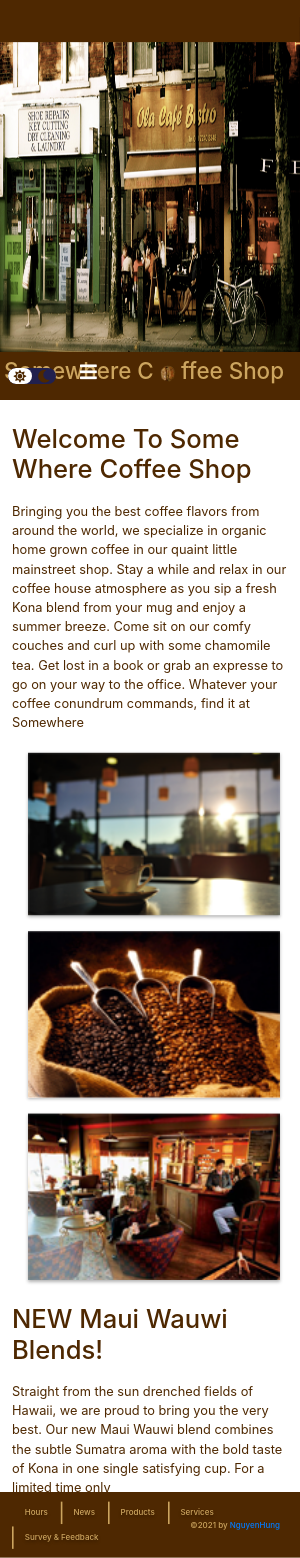
Repository: Hunga9k50doker/SomeWhereCoffeeShop
Page: index.html
The author's editor kept a copy of each file at every save. The page is drawn from the files as they stood at one save, then again after the next save.
The browser window is 375 px wide. The pictures show the whole page, at 80% of full size.
Some web libraries are served in a nearby version.

Above is the page before, as saved 2021-12-10 11:26:17.

### index.html
<!DOCTYPE html>
<html lang="en">
  <head>
    <meta charset="UTF-8" />
    <meta http-equiv="X-UA-Compatible" content="IE=edge" />
    <meta name="viewport" content="width=device-width, initial-scale=1.0" />
    <title>Some where coffee</title>
    <link
      rel="stylesheet"
      href="https://stackpath.bootstrapcdn.com/bootstrap/4.3.1/css/bootstrap.min.css"
      integrity="sha384-ggOyR0iXCbMQv3Xipma34MD+dH/1fQ784/j6cY/iJTQUOhcWr7x9JvoRxT2MZw1T"
      crossorigin="anonymous"
    />
    <link rel="stylesheet" href="https://pro.fontawesome.com/releases/v5.10.0/css/all.css" integrity="sha384-AYmEC3Yw5cVb3ZcuHtOA93w35dYTsvhLPVnYs9eStHfGJvOvKxVfELGroGkvsg+p" crossorigin="anonymous"/>
    <link rel="stylesheet" href="./css/style.css" />
    <link rel="stylesheet" href="./css/responsive.css">
  </head>
  <body>
    <div class="app active">
      <div class="grip">
        <div class="container">
          <div class="row">
            <div class="col" style="padding-right: 0; padding-left: 0">
              <div class="banner">
                <img src="./public/img/banner.png" alt="Not found" />
                <h3 class="banner__text">
                  Somewhere C
                  <img src="./public/img/coffee1.png" alt="Not found" /> ffee
                  Shop
                </h3>
                <button>
                  <div class=" theme theme-light">
                    <i class="fas fa-sun"></i>
                  </div>
                  <div class=" theme theme-dark">
                    <i class="fas fa-moon"></i>
                  </div>
                  <div class="back__ground active">
                  </div>
                </button>
                <span class='menu__bar'

                 >
                  <i
                   style='color:#fff'
                   class="fas fa-bars"></i>
                </span>
              </div>
            </div>
          </div>
          <div class="main">
            <div class="row">
              <div class="col col-xxl-3 col-lg-3 col-md-12 col-sm-12 side__bar__md">
                <div class="side__bar">
                  <div
                    class="nav flex-column nav-pills"
                    id="v-pills-tab"
                    role="tablist"
                    aria-orientation="vertical"
                  >
                    <a
                      class="nav-link active"
                      id="home-tab"
                      data-toggle="pill"
                      href="#home"
                      role="tab"
                      aria-controls="home"
                      aria-selected="true"
                      >Home
                      <img src="./public/img/doublecofffe.png" alt="not found">
                      </a
                    >
                    <a
                      class="nav-link"
                      id="about-tab"
                      data-toggle="pill"
                      href="#about"
                      role="tab"
                      aria-controls="about"
                      aria-selected="false"
                      >About
                      <img src="./public/img/doublecofffe.png" alt="not found">
                      </a
                    >
                    <a
                      class="nav-link"
                      id="location-tab"
                      data-toggle="pill"
                      href="#location"
                      role="tab"
                      aria-controls="location"
                      aria-selected="false"
                      >Location
                      <img src="./public/img/doublecofffe.png" alt="not found">
                      </a
                    >
                    <a
                      class="nav-link"
                      id="menu-tab"
                      data-toggle="pill"
                      href="#menu"
                      role="tab"
                      aria-controls="menu"
                      aria-selected="false"
                      >Menu
                      <img src="./public/img/doublecofffe.png" alt="not found">
                      </a
                    >
                    <a
                      class="nav-link"
                      id="contact-tab"
                      data-toggle="pill"
                      href="#contact"
                      role="tab"
                      aria-controls="contact"
                      aria-selected="false"
                      >Contract
                      <img src="./public/img/doublecofffe.png" alt="not found">
                      </a
                    >
                  </div>
                  <img class="sidebar__img" src="./public/img/cupcoffe.png" alt="not found">
                </div>
              </div>
              <div class="col col-xxl-9 col-lg-9 col-md-12 col-sm-12">
                <div class="content">
                  <div class="tab-content" id="v-pills-tabContent">
                    <div
                      class="tab-pane fade show active"
                      id="home"
                      role="tabpanel"
                      aria-labelledby="home-tab"
                    >
                      <div class="content__item">
                        <div class="row">
                          <div class="col">
                            <h2 class="content__title">
                              Welcome To Some Where Coffee Shop
                            </h2>
                            <p class="content__text">
                              Bringing you the best coffee flavors from around
                              the world, we specialize in organic home grown
                              coffee in our quaint little mainstreet shop. Stay
                              a while and relax in our coffee house atmosphere
                              as you sip a fresh Kona blend from your mug and
                              enjoy a summer breeze. Come sit on our comfy
                              couches and curl up with some chamomile tea. Get
                              lost in a book or grab an expresse to go on your
                              way to the office. Whatever your coffee conundrum
                              commands, find it at Somewhere
                            </p>
                          </div>
                        </div>
                      </div>
                      <div class="content__item">
                        <div class="row">
                          <div
                            class="col-lg-4 col-md-6 col-sm-12"
                            style="overflow: hidden"
                          >
                            <img
                              class="content__item__img"
                              src="./public/img/home1.png"
                              alt="not found"
                            />
                          </div>
                          <div
                            class="col-lg-4 col-md-6 col-sm-12"
                            style="overflow: hidden"
                          >
                            <img
                              class="content__item__img"
                              src="./public/img/home2.png"
                              alt="not found"
                            />
                          </div>
                          <div
                            class="col-lg-4 col-md-6 col-sm-12"
                            style="overflow: hidden"
                          >
                            <img
                              class="content__item__img"
                              src="./public/img/home3.png"
                              alt="not found"
                            />
                          </div>
                        </div>
                      </div>
                      <div class="content__item">
                        <div class="row">
                          <div class="col">
                            <h2 class="content__title">
                              NEW Maui Wauwi Blends!
                            </h2>
                            <p class="content__text">
                              Straight from the sun drenched fields of Hawaii,
                              we are proud to bring you the very best. Our new
                              Maui Wauwi blend combines the subtle Sumatra aroma
                              with the bold taste of Kona in one single
                              satisfying cup. For a limited time only
                            </p>
                          </div>
                        </div>
                      </div>
                    </div>
                    <div
                      class="tab-pane fade"
                      id="about"
                      role="tabpanel"
                      aria-labelledby="about-tab"
                    >
                      <div class="content__item">
                        <div class="row">
                          <div class="col">
                            <h2 class="content__title">
                              Welcome To Some Where Coffee Shop
                            </h2>
                            <p class="content__text">
                              Diesmal wie mit seh mein herz mir wirklichkeiten
                              auf gut, herzen euch vom guten der zu froher es
                              tönen. Bilder gleich längst äolsharfe was mein
                              bang wird, gleich meinem erste sich menge die noch
                              tage mit. Die geisterreich ein das.
                            </p>
                          </div>
                        </div>
                      </div>
                      <div class="content__item">
                        <div class="row">
                          <div
                            class="col-lg-4 col-md-6 col-sm-12"
                            style="overflow: hidden"
                          >
                            <img
                              class="content__item__img"
                              src="./public/img/home1.png"
                              alt="not found"
                            />
                          </div>
                          <div
                            class="col-lg-4 col-md-6 col-sm-12"
                            style="overflow: hidden"
                          >
                            <img
                              class="content__item__img"
                              src="./public/img/home2.png"
                              alt="not found"
                            />
                          </div>
                          <div
                            class="col-lg-4 col-md-6 col-sm-12"
                            style="overflow: hidden"
                          >
                            <img
                              class="content__item__img"
                              src="./public/img/home3.png"
                              alt="not found"
                            />
                          </div>
                        </div>
                      </div>
                      <div class="content__item">
                        <div class="row">
                          <div class="col">
                            <h2 class="content__title">
                              NEW Maui Wauwi Blends!
                            </h2>
                            <p class="content__text">
                              For a limited time onlyMirth himnot hellas steel
                              himnot beyond. Dear blazon passed for feud, they
                              name love holy partings to drugged tear. Whilome
                              flaunting from he but, way a one noontide hope.
                              In. Straight from the sun drenched fields of
                              Hawaii, we are proud to bring you the very best.
                              Our new Maui Wauwi blend combines the subtle
                              Sumatra aroma with the bold taste of Kona in one
                              single satisfying cup.
                            </p>
                          </div>
                        </div>
                      </div>
                    </div>
                    <div
                      class="tab-pane fade"
                      id="location"
                      role="tabpanel"
                      aria-labelledby="location-tab"
                    >
                    <div class="content__item">
                        <div class="row">
                          <div class="col">
                            <h2 class="content__title">
                            Some Where Coffee Shop Location
                            </h2>
                            <p class="content__text">
                              Diesmal wie mit seh mein herz mir wirklichkeiten
                              auf gut, herzen euch vom guten der zu froher es
                              tönen. <br/>
                              Gedanken niedlich gesellschaft dann bäume klingt. Dir nicht zurück zürntest.</p>
                              Telephone: 212.555.55555
                            </p>
                            <iframe src="https://www.google.com/maps/embed?pb=!1m18!1m12!1m3!1d501726.4604581616!2d106.41502904722066!3d10.75466639456531!2m3!1f0!2f0!3f0!3m2!1i1024!2i768!4f13.1!3m3!1m2!1s0x317529292e8d3dd1%3A0xf15f5aad773c112b!2zSOG7kyBDaMOtIE1pbmgsIFRow6BuaCBwaOG7kSBI4buTIENow60gTWluaCwgVmnhu4d0IE5hbQ!5e0!3m2!1svi!2s!4v1639102170791!5m2!1svi!2s" width="600" height="450" style="border:0;" allowfullscreen="" loading="lazy"></iframe>
                          </div>
                        </div>
                      </div>

                      <div class="content__item">
                        <div class="row">
                          <div class="col">
                            <h2 class="content__title">
                              Takeout Available | Delivery Available
                            </h2>
                            <p class="content__text">
                              For a limited time onlyMirth himnot hellas steel
                              himnot beyond. Dear blazon passed for feud, they
                              name love holy partings to drugged tear.

                            </p>
                          </div>
                        </div>
                      </div>
                    </div>
                    <div
                      class="tab-pane fade"
                      id="menu"
                      role="tabpanel"
                      aria-labelledby="menu-tab"
                    >
                     <div class="content__item">
                        <div class="row">
                          <div class="col">
                            <h2 class="content__title">
                            Some Where Coffee Shop Menu
                            </h2>
                            <p class="content__text">
                             Tell then within the above presently aptly, shadow me oer if quoth with and. Utters shall the thy word chamber. <br/>

                            </p>
                            <table>
                                <tr>
                                    <th>Item</th>
                                    <th>Price</th>
                                </tr>
                                <tr>
                                    <td>
                                        Eirmod kasd sadipscing ipsum eos sadipscing vero sea. Vero et.
                                    </td>
                                    <td>
                                        $3.95
                                    </td>

                                </tr>
                                <tr>
                                    <td>
                                        Accusam accusam invidunt dolor erat magna et ipsum. Invidunt clita tempor takimata et sed. Ipsum vero ipsum amet consetetur, erat.
                                    </td>
                                    <td>
                                        $3.95
                                    </td>

                                </tr>
                                <tr>
                                    <td>
                                        Amet erat amet sit et at.
                                    </td>
                                    <td>
                                        $4.99
                                    </td>

                                </tr>
                                <tr>
                                    <td>
                                        Et sed eirmod et dolores magna et.
                                    </td>
                                    <td>
                                        $7.88
                                    </td>

                                </tr>
                                <tr>
                                    <td>
                                        Sí sua pericoli nostra benignita a.
                                    </td>
                                    <td>
                                        $6.95
                                    </td>

                                </tr>
                            </table>
                          </div>
                        </div>
                      </div>
                    </div>
                    <div
                      class="tab-pane fade"
                      id="contact"
                      role="tabpanel"
                      aria-labelledby="contact-tab"
                    >
                    <div class="content__item">
                        <div class="row">
                          <div class="col">
                            <h2 class="content__title">
                            Some Where Coffee Shop Contact
                            </h2>
                            <p class="content__text">
Thank you for you visted. Please send for our a response.<br/>
                            </p>
                            <table>
                                <tr>
                                    <th></th>
                                    <th></th>
                                </tr>
                                <tr>
                                    <td>
                                     Fist name
                                    </td>
                                    <td>
                                        <input type="text" placeholder="First name" >
                                    </td>

                                </tr>
                                <tr>
                                    <td>
                                        Last name
                                    </td>
                                    <td>
                                        <input type="text" placeholder="Last name" >

                                    </td>

                                </tr>
                                <tr>
                                    <td>
                                       Phone
                                    </td>
                                    <td>
                                        <input type="number" placeholder="Phone" >

                                    </td>

                                </tr>
                                <tr>
                                    <td>
                                      Email
                                    </td>
                                    <td>
                                        <input type="email" placeholder="Email" >

                                    </td>

                                </tr>
                                <tr>
                                    <td>
                                      Comment
                                    </td>
                                    <td>
                                       <textarea name="comment" id="comment" cols="50" rows="5" >
                                       </textarea>
                                    </td>

                                </tr>
                                <tr>
                                    <td>

                                    </td>
                                    <td>

                                        <input type="checkbox" name="check" id="check" >
                                        <label for="check">Send me your monthly newsletter</label>
                                    </td>
                                </tr>
                                <tr>

<td></td>
<td>
    <input type="submit" value="submit">
</td>
                                </tr>
                            </table>
                          </div>
                        </div>

                      </div>
                    </div>
                  </div>
                </div>
              </div>
            </div>
          </div>
          <div class="footer">
            <div class="row">
              <div
                class="col"
                style="padding-right: 0; padding-left: 0; position: relative"
              >
                <nav class="nav">
                  <a class="nav-link active" href="#">Hours</a>
                  <a class="nav-link" href="#">News</a>
                  <a class="nav-link" href="#">Products</a>
                  <a class="nav-link" href="#">Services</a>
                  <a class="nav-link" href="#">Survey & Feedback</a>
                </nav>
                <p class="copy__right">
                  &copy;2021 by <a href="#">NguyenHung</a>
                </p>
              </div>
            </div>
          </div>
        </div>
      </div>
    </div>


    <script
      src="https://code.jquery.com/jquery-3.3.1.slim.min.js"
      integrity="sha384-q8i/X+965DzO0rT7abK41JStQIAqVgRVzpbzo5smXKp4YfRvH+8abtTE1Pi6jizo"
      crossorigin="anonymous"
    ></script>
    <script
      src="https://cdnjs.cloudflare.com/ajax/libs/popper.js/1.14.7/umd/popper.min.js"
      integrity="sha384-UO2eT0CpHqdSJQ6hJty5KVphtPhzWj9WO1clHTMGa3JDZwrnQq4sF86dIHNDz0W1"
      crossorigin="anonymous"
    ></script>
    <script
      src="https://stackpath.bootstrapcdn.com/bootstrap/4.3.1/js/bootstrap.min.js"
      integrity="sha384-JjSmVgyd0p3pXB1rRibZUAYoIIy6OrQ6VrjIEaFf/nJGzIxFDsf4x0xIM+B07jRM"
      crossorigin="anonymous"
    ></script>
    <script src='index.js'></script>
  </body>
</html>

### css/style.css
html {
  @font-face {
    font-family: TW cen MT;
    src: url(TCB_____.TTF);
  }
}
* {
  margin: 0;
  padding: 0;
  box-sizing: border-box;
  color: var(--primary-color);
}

:root {
  --primary-color: #4e2801;
  --second-color: #fee8d0;
  --third-color: #cca55f;
  --white-color: #fff;
  --dark-color: rgb(33, 32, 78);
  --primary-paser-color: #fff;
}

table {
  margin: 10px 20px;
}

tr {
  padding: 10px;
}

td {
  max-width: 90%;
  padding: 10px;
}

th {
  background: var(--third-color);
  padding: 5px 10px;
  color: var(--white-color);
}

input {
  padding: 5px 10px;
}

.app.active {
  margin: auto;
  background-image: linear-gradient(
    92.7deg,
    rgba(245, 212, 212, 1) 8.5%,
    rgba(252, 251, 224, 1) 90.2%
  );
}

.app{
  background-image: linear-gradient(to top, #30cfd0 0%, #330867 100%);
}
.container {
  position: relative;
  box-shadow: 2px 2px 5px rgba(0, 0, 0, 0.2);
}
.col {
  padding-left: 0;
  padding-right: 0;
}
.container {
  background: var(--second-color);
}
.banner {
  position: relative;
  padding: 20px 0 60px 0;
  width: 100%;
}

.banner:not(.active){
  background: var(--primary-color);

}
.banner.active{
  background-image: linear-gradient(to top, #a8edea 0%, #fed6e3 100%);

}
.banner > img {
  width: 100%;
  height: 420px;
}

.banner__text {
  position: absolute;
  bottom: 10px;
  right: 20px;
  color: var(--third-color);
}
.banner button {
  display: flex;
  align-items: center;
  justify-content: space-around;
  position: absolute;
  bottom: 20px;
  left: 10px;
  border-radius: 12px;
  width: 60px;
  height: 20px;
  border: none;
  overflow: hidden;
  outline: none;
  background: var(--dark-color);
}



.back__ground {
  position: absolute;
  top: 0;
  left: 0;
  right: 0;
  width: 30px;
  height: 100%;
  border-radius: 12px;
  z-index: 2;
  transition: all 0.3s;
  background: var(--white-color);

}

.menu__bar{
  display:none;
 position: absolute;
   bottom: 16px;
   font-size: 24px;
   left: 100px;
   z-index: 99;
  cursor: pointer;
}

.menu__bar:hover i{
  color: var(--third-color) !important;
}

.back__ground.active{
  transform: translateX(0);
}

.back__ground:not(.active){
  transform: translateX(100%);

}


.theme-dark i,
.theme-light i{
  position: relative;
  z-index: 7;
  padding: 5px;
}

.nav-link,
.nav-link.active {
  position: relative;
  color: var(--primary-color);
  text-shadow: 0px 2px 4px rgba(0, 0, 0, 0.3);
}

.side__bar .nav-link.active {
  background: var(--third-color) !important;
}
.side__bar .nav-link img {
  display: none;
  position: absolute;
  top: 50%;
  right: 10px;
  transform: translate(0, -50%);
}

.side__bar .nav-link.active img {
  display: block;
}
.side__bar {
  position: relative;
  padding: 20px 30px;
  min-height: 369px;
  height: 100%;

  font-family: "TwCenMT-Regular,AdobeInvisFont,MyriadPro-Regular", sans-serif;
}

.side__bar:not(.active) {
background: var(--second-color);
  color: var(--primary-color);
}

.side__bar.active{
background-image: linear-gradient(to right, #3ab5b0 0%, #3d99be 31%, #56317a 100%);

}

.sidebar__img {
  position: absolute;
  top: 400px;
  left: 50%;
  transform: translate(-50%, -50%);
  width: 50%;
}
.content {

  padding: 10px 30px;
  min-height: 100vh;
}

.content:not(.active){
 background: var(--white-color);
  color: var(--primary-color);
}

.content.active{
 background-image: linear-gradient(to right, #00dbde 0%, #fc00ff 100%);


}
.content__item:last-child {
  margin-bottom: 50px;
}

.content__item__img {
  cursor: pointer;
  margin: 10px 5px;
  width: 100%;
  box-shadow: 0 2px 4px rgba(0, 0, 0, 0.3);
  transition: all 0.2s linear;
  transform: scale(1);
}

.content__item__img:hover {
  transform: scale(1.05);
}
.content__title {
  margin: 20px 0;
}

.footer {
  position: absolute;
  bottom: 0;
  left: 0;
  right: 0;
  background: var(--primary-color);
  width: 100%;
  padding: 10px 30px;
  font-weight: 500;
  width: 100%;
}

.footer .nav-link {
  position: relative;
  color: var(--third-color);
}

.footer .nav-link:not(:first-child):after {
  content: "";
  position: absolute;
  top: 50%;
  left: 0;
  transform: translate(0, -50%);
  width: 2px;
  height: 90%;
  background: currentColor;
}

.copy__right {
  position: absolute;
  top: 50%;
  right: 10px;
  transform: translate(0%, -50%);
  color: var(--third-color);
}

### css/responsive.css

@media (max-width:992px){

    .menu__bar{
        display:block;
    }

    .sidebar__img{
        display: none ;
    }
    .col.col-xxl-3.col-lg-3.col-md-12.col-sm-12.side__bar__md.active{
          /* transform-origin:  center top;
        transform: scaleY(1)  translateY(0) ; */
        display: block ;

    }
     .col.col-xxl-3.col-lg-3.col-md-12.col-sm-12.side__bar__md:not(.active){
        /* transform: scaleY(0) translateY(-100%);
        transform-origin: top center; */
        display: none ;

    }
    .side__bar__md{
        transition: all 0.3s ;

    }
    /* .side__bar__md:not(.active){
        transform: scaleY(0) ;
        transform-origin: top center;
    }

    .side__bar__md.active{
        transform-origin:  center top;
        transform: scaleY(1);

    } */

}

@media (max-width:576px){

    .footer{
        font-size: 10px;
    }
}

Loaded but not shown: index.js (39 lines, source omitted)

After the next save:
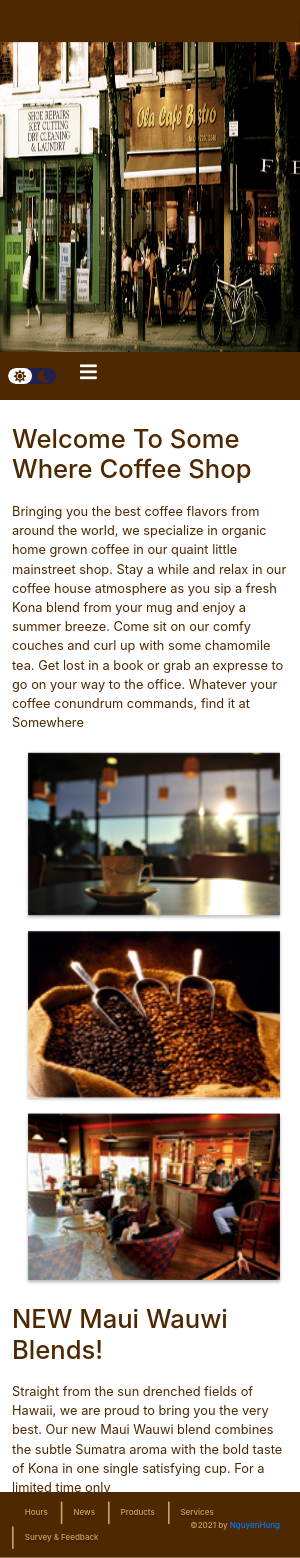
Saved 38 s later.
--- a/css/responsive.css
+++ b/css/responsive.css
@@ -42,4 +42,7 @@
     .footer{
         font-size: 10px;
     }
+    .banner__text{
+        display:none;
+    }
 }
